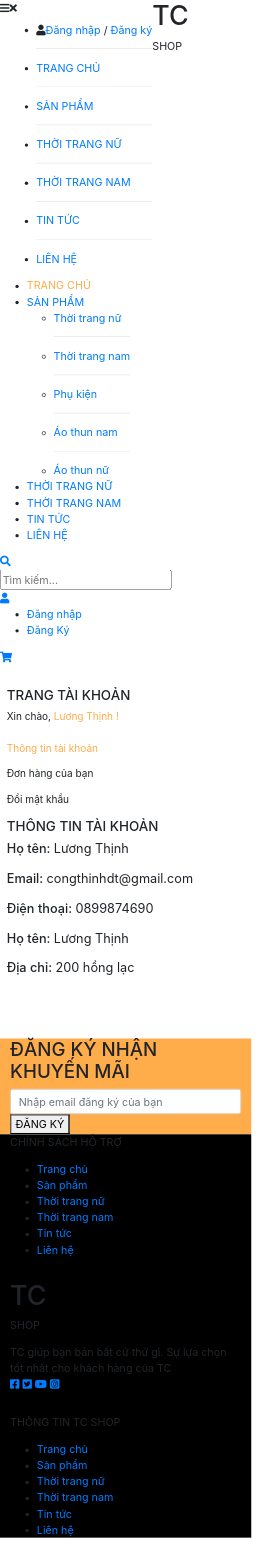
Repository: congthinh1701/TCshop
Page: ThongTinTaiKhoan.html
The author's editor kept a copy of each file at every save. The page is drawn from the files as they stood at one save, then again after the next save.
The browser window is 375 px wide. The page is 385 px wide, so the pictures cover 385 px, including what lies to the right of the window. The pictures show the whole page, at 67% of full size.
The style sheet was rebuilt from its Sass, Less or Tailwind sources for each picture, by a compiler version that may differ from the author's.

Above is the page before, as saved 2021-09-08 17:31:23.

### ThongTinTaiKhoan.html
<!DOCTYPE html>
<html lang="en">
<head>
    <meta charset="UTF-8">
    <meta http-equiv="X-UA-Compatible" content="IE=edge">
    <meta name="viewport" content="width=device-width, initial-scale=1.0">
    <title>Document</title>
    <link rel="stylesheet" href="fontawesome-free-5.15.4-web/css/all.css">
    <link rel="stylesheet" href="sass/style.css">
</head>
<body>
    <div id="headerID"> <!-- your header --> </div>
    <div class="container admin">
        <div class="trang-tai-khoan">
            <h5>TRANG TÀI KHOẢN</h5>
            <div class="trang-tai-khoan-hello left ">
                <p>Xin chào, <span>Lương Thịnh !</span></p>
            </div>
            <div class="trang-tai-khoan-thong-tin left active">
                <p>Thông tin tài khoản</p>
            </div>
            <div class="trang-tai-khoan-hello left">
                <p>Đơn hàng của bạn</p>
            </div>
            <div class="trang-tai-khoan-hello left">
                <p>Đổi mật khẩu</p>
            </div>
        </div>
        <div class="thong-tin-tai-khoan">
            <h5>THÔNG TIN TÀI KHOẢN</h5>
            <div class="thong-tin-tai-khoan-name">
                <p><span>Họ tên: </span>Lương Thịnh</p>
                <p><span>Email: </span>congthinhdt@gmail.com</p>
                <p><span>Điện thoại: </span>0899874690</p>
                <p><span>Họ tên: </span>Lương Thịnh</p>
                <p><span>Địa chỉ: </span>200 hồng lạc</p>
            </div>
        </div>
    </div>
    <div id="footerID"> <!-- your header --> </div>
    <script src="https://cdnjs.cloudflare.com/ajax/libs/jquery/3.6.0/jquery.min.js" integrity="sha512-894YE6QWD5I59HgZOGReFYm4dnWc1Qt5NtvYSaNcOP+u1T9qYdvdihz0PPSiiqn/+/3e7Jo4EaG7TubfWGUrMQ==" crossorigin="anonymous" referrerpolicy="no-referrer"></script>
    <script>
        $("#headerID").load("header.html");
        $("#footerID").load("footer.html");
      </script>
</body>
</html>

### header.html
<!DOCTYPE html>
<html lang="en">
<head>
    <meta charset="UTF-8">
    <meta http-equiv="X-UA-Compatible" content="IE=edge">
    <meta name="viewport" content="width=device-width, initial-scale=1.0">
    <title>Document</title>
    <link rel="stylesheet" href="assets/css/style.css">
    <link rel="stylesheet" href="assets/css/base.css">
    <link rel="stylesheet" href="fontawesome-free-5.15.4-web/css/all.css">
    <link rel="stylesheet" href="https://maxcdn.bootstrapcdn.com/bootstrap/4.1.3/css/bootstrap.min.css">
    <script src="https://maxcdn.bootstrapcdn.com/bootstrap/4.1.3/js/bootstrap.min.js"></script>
</head>
<body>
    <div class="container-lg">
        <div class="nav">
            <label for="nav-mobile-input" class="nav_bars-btn">
                <i class="fas fa-bars"></i>
            </label>

            <input hidden type="checkbox" name="" class="nav_input" id="nav-mobile-input">
            <label for="nav-mobile-input" class="nav_overlay"></label>
            <nav class="nav-mobile">
                <label for="nav-mobile-input" class="nav__mobile-close">
                    <i class="fas fa-times"></i>
                </label>
                <ul class="nav__mobile-list">

                    <li class="nav__mobile-list-user">

                        <p><i class="fas fa-user"></i><a href="#">Đăng nhập</a> <span>/</span> <a href="#">Đăng ký</a>
                        </p>
                    </li>
                    <hr>
                    <li>
                        <a href="" class="nav__mobile-link">TRANG CHỦ</a>
                    </li>
                    <hr>
                    <li>
                        <a href="" class="nav__mobile-link">SẢN PHẨM</a>
                    </li>
                    <hr>
                    <li>
                        <a href="" class="nav__mobile-link">THỜI TRANG NỮ</a>
                    </li>
                    <hr>
                    <li>
                        <a href="" class="nav__mobile-link">THỜI TRANG NAM</a>
                    </li>
                    <hr>
                    <li>
                        <a href="" class="nav__mobile-link">TIN TỨC</a>
                    </li>
                    <hr>
                    <li>
                        <a href="" class="nav__mobile-link">LIÊN HỆ</a>
                    </li>
                </ul>
            </nav>
            <div class="nav-logo">
                <h1>TC</h1>
                <p>SHOP</p>
            </div>
            <nav class="nav-pc">
                <ul class="nav__list">
                    <li>
                        <a style="color:#ffac4b" href="home.html" class="nav__link">TRANG CHỦ</a>
                    </li>
                    <li class="options">
                        <a href="" class="nav__link">SẢN PHẨM</a>
                        <div class="nav__link-options">
                            <ul class="nav__link-options-list">
                                <li><a href="#">Thời trang nữ</a></li>
                                <hr>
                                <li><a href="#">Thời trang nam</a></li>
                                <hr>
                                <li><a href="#">Phụ kiện</a></li>
                                <hr>
                                <li><a href="#">Áo thun nam</a></li>
                                <hr>
                                <li><a href="#">Áo thun nữ</a></li>
                            </ul>
                        </div>
                    </li>
                    <li>
                        <a href="" class="nav__link">THỜI TRANG NỮ</a>
                    </li>
                    <li>
                        <a href="" class="nav__link">THỜI TRANG NAM</a>
                    </li>
                    <li>
                        <a href="" class="nav__link">TIN TỨC</a>
                    </li>
                    <li>
                        <a href="" class="nav__link">LIÊN HỆ</a>
                    </li>
                </ul>
            </nav>
            <div class="nav-right">
                <div class="search">
                    <a href="#"><i class="fas fa-search"></i></a>
                    <div class="search-hover">
                        <form>
                            <input class="search" type="text" name="search" placeholder="Tìm kiếm..." />
                        </form>
                    </div>
                </div>
                <div class="user">
                    <a href="#"> <i class="fas fa-user"></i></a>
                    <div class="user-hover">
                        <ul class="user-hover-list">
                            <li class="nav_link"><a href="#">Đăng nhập</a></li>
                            <li><a href="#">Đăng Ký</a></li>
                        </ul>
                    </div>
                </div>
                <div class="shopping">
                    <a href="card.html"><i class="fas fa-shopping-cart"></i></a>

                </div>
            </div>


        </div>
    </div>
</body>
</html>

### footer.html
<!DOCTYPE html>
<html lang="en">
<head>
    <meta charset="UTF-8">
    <meta http-equiv="X-UA-Compatible" content="IE=edge">
    <meta name="viewport" content="width=device-width, initial-scale=1.0">
    <title>Document</title>
    <link rel="stylesheet" href="assets/css/style.css">
    <link rel="stylesheet" href="assets/css/base.css">
    <link rel="stylesheet" href="fontawesome-free-5.15.4-web/css/all.css">
    <link rel="stylesheet" href="https://maxcdn.bootstrapcdn.com/bootstrap/4.1.3/css/bootstrap.min.css">
    <script src="https://maxcdn.bootstrapcdn.com/bootstrap/4.1.3/js/bootstrap.min.js"></script>
</head>
<body>
    <div class="container-lg" style="background-color: #ffac4b; margin-top: 50px;">
        <div class="container dangky">
            <div class="dangky-left">
                <h3>ĐĂNG KÝ NHẬN KHUYẾN MÃI</h3>
            </div>
            <div class="dangky-right">
                <form>
                    <input class="form-control" type="text" placeholder="Nhập email đăng ký của bạn">
                    <button type="button">ĐĂNG KÝ</button>
                </form>
            </div>
        </div>
    </div>

    <div class="container-lg" style="background-color: black">
        <div class="container footer">
            <div class="chinhsach-hotro">
                <p class="header">CHÍNH SÁCH HỖ TRỢ</p>
                <ul class="nav-list">
                    <li class="nav_link"><a href="#">Trang chủ</a></li>
                    <li class="nav_link"><a href="#">Sản phẩm</a></li>
                    <li class="nav_link"><a href="#">Thời trang nữ</a></li>
                    <li class="nav_link"><a href="#">Thời trang nam</a></li>
                    <li class="nav_link"><a href="#">Tin tức</a></li>
                    <li class="nav_link"><a href="#">Liên hệ</a></li>
                </ul>
            </div>
            <hr>
            <div class="ketnoi-shop">
                <h1>TC</h1>
                <p>SHOP</p>
                <span>TC giúp bạn bán bất cứ thứ gì. Sự lựa chọn tốt nhất cho khách hàng của TC</span>
                <div class="mangxahoi">
                    <a href="#"><i class="fab fa-facebook-square"></i></a>
                    <a href="#"><i class="fab fa-twitter-square"></i></a>
                    <a href="#"><i class="fab fa-youtube"></i></a>
                    <a href="#"><i class="fab fa-instagram-square"></i></a>
                </div>
            </div>
            <hr>
            <div class="thongtin-shop">
                <p class="header">THÔNG TIN TC SHOP</p>
                <ul class="nav-list">
                    <li class="nav_link"><a href="#">Trang chủ</a></li>
                    <li class="nav_link"><a href="#">Sản phẩm</a></li>
                    <li class="nav_link"><a href="#">Thời trang nữ</a></li>
                    <li class="nav_link"><a href="#">Thời trang nam</a></li>
                    <li class="nav_link"><a href="#">Tin tức</a></li>
                    <li class="nav_link"><a href="#">Liên hệ</a></li>
                </ul>
            </div>
        </div>
    </div>
</body>
</html>

### assets/css/base.css
:root{
    --primary-color:#EE4D2D;
    --primary-color-rgba:rgb(238,75,43);
    --white-color:#fff;
    --black-color:#000;
    --text-color:#333333;
    --font-weight:700;
    --font-size-product:19px;
    --font-weight-product:400;
    --font-size-price:18px;
    --header-height:120px;
    --navbar-height:34px;
    --header-with-search-height:calc(var(var(--header-height)-var(var(--navbar-height))))

}

### sass/style.scss

$text-fontSize:17px;
$text-fontSizeTK:19px;
$fontWeight:500;

.admin{
    display:flex;
    --columns:2;
    margin-top: 50px;
    @media (max-width: 923px) {
        --columns:1;
        display:unset;
        .trang-tai-khoan{
            width: calc(100% / var(--columns));
            margin: 50px;
        }
        .thong-tin-tai-khoan{
            width: calc(100% / var(--columns));
            margin: 50px;
        }
    }
    @media (max-width: 623px) {
        .trang-tai-khoan{
            width: calc(100% / var(--columns));
            margin: 10px;
            p{
                font-size: 15px;
            }
        }
        .thong-tin-tai-khoan{
            width: calc(100% / var(--columns));
            margin: 10px;
        }
    }
}
.trang-tai-khoan{
    width: calc(100% / var(--columns) - 20%);
    p{
        font-size: $text-fontSize;
        &:hover{
            color: #ffac4b;
        }
        span{
            color: #ffac4b;
        }
    }
    &-thong-tin{
        margin-top:25px
    }
    .active {
        color: #ffac4b;
    }
}
.thong-tin-tai-khoan{
    width: calc(100% / var(--columns) + 20%);
    p{
        font-size: $text-fontSizeTK;
        span{
            font-weight: $fontWeight;
        }
    }
}

Loaded but not shown: fontawesome-free-5.15.4-web/css/all.css (library)

After the next save:
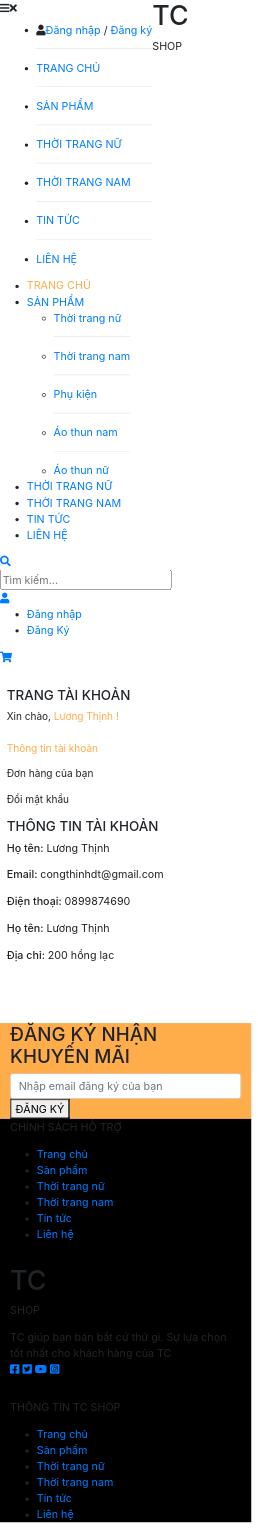
Saved 16 s later.
--- a/sass/style.scss
+++ b/sass/style.scss
@@ -30,7 +30,11 @@ $fontWeight:500;
         .thong-tin-tai-khoan{
             width: calc(100% / var(--columns));
             margin: 10px;
+            p{
+                font-size: 16px;
+            }
         }
+
     }
 }
 .trang-tai-khoan{
